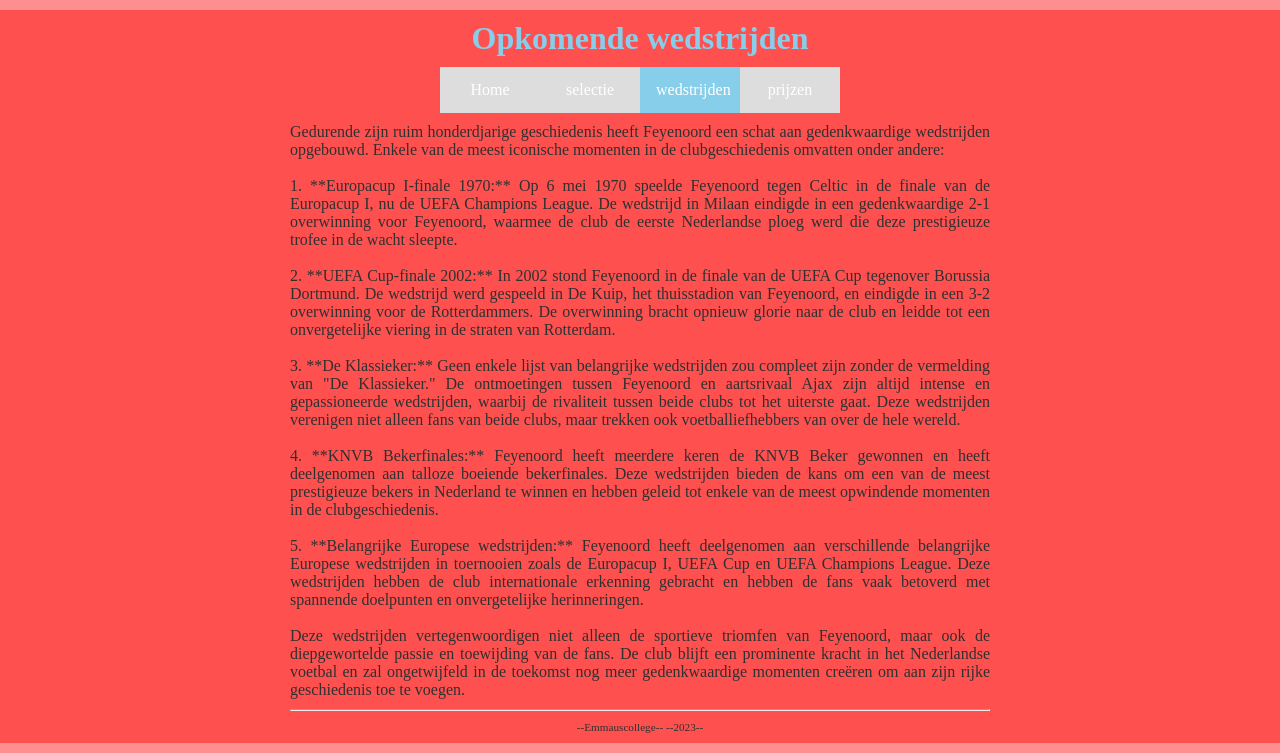
Repository: Manoize/ManoIze
Page: info.html
The author's editor kept a copy of each file at every save. The page is drawn from the files as they stood at one save, then again after the next save.
The browser window is 1280 px wide. The pictures show the whole page.

Above is the page before, as saved 2023-10-24 10:20:08.

After the next save:
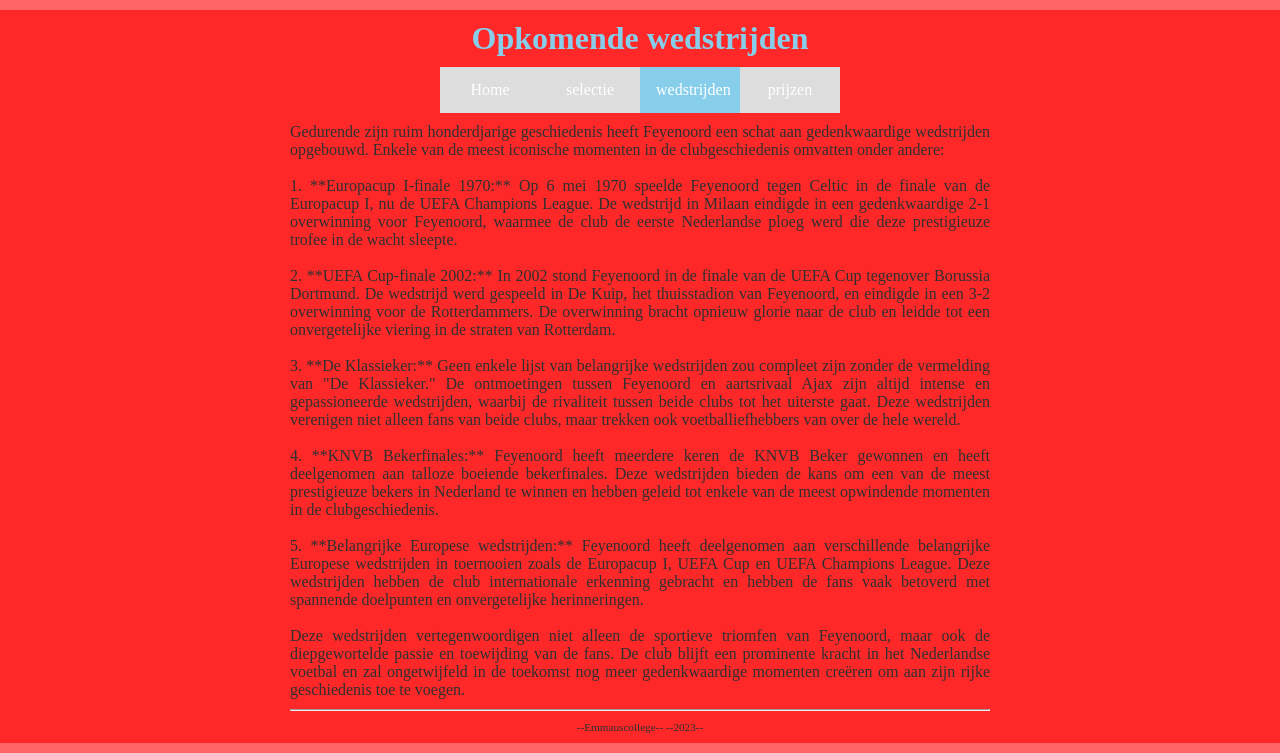
Saved 74 s later.
--- a/style.css
+++ b/style.css
@@ -20,7 +20,7 @@
 
 html, body {                      /* geldt voor html en body */
   margin: 0px;                    /* standaard marge 0 */
-  background-color: #ff000070;    /* achtergrondkleur lichtgrijs */
+  background-color: #ff00009a;    /* achtergrondkleur lichtgrijs */
   color: #303030;               /* tekstkleur donkergrijs */
 }
 
